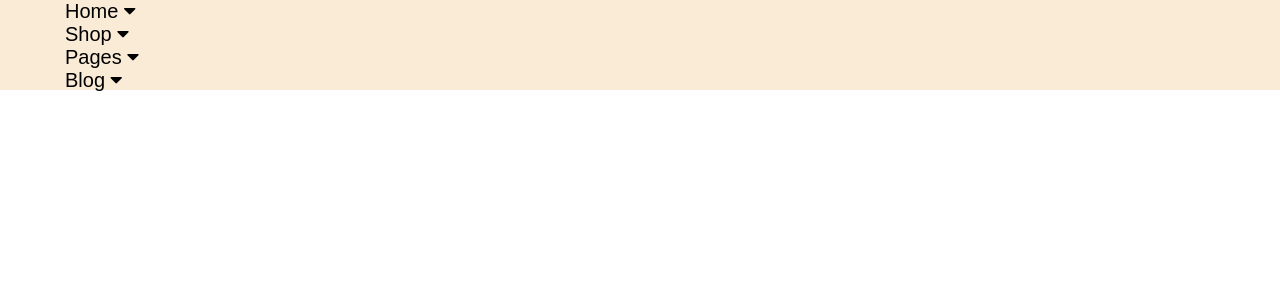
Repository: MorgunovaAlexandra/beauti
Page: index.html
The author's editor kept a copy of each file at every save. The page is drawn from the files as they stood at one save, then again after the next save.
The browser window is 1280 px wide. The pictures show the whole page.

Above is the page before, as saved 2022-08-24 13:39:33.

### index.html
<!DOCTYPE html>
<html lang="en">
<head>
    <meta charset="UTF-8">
    <meta http-equiv="X-UA-Compatible" content="IE=edge">
    <meta name="viewport" content="width=device-width, initial-scale=1.0">
    <link rel="stylesheet" href="./style.css">
    <link rel="stylesheet" href="https://cdnjs.cloudflare.com/ajax/libs/font-awesome/4.7.0/css/font-awesome.min.css">
    <title>Document</title>
</head>
<body>
    <div class="wrapper">
        <header class="header">
            <div class="header-container _container">
            <nav class="dws-menu">
                <!-- <ul class="menu-list">
                    <li><a href="#"><i class="fa fa-"></i>Home</a></li>
                    <li><a href="#"><i class="fa fa-"></i>Shop</a></li>
                    <li><a href="#"><i class="fa fa-"></i>Pages</a></li>
                    <li><a href="#"><i class="fa fa-"></i>Blog</a></li>
                    <li><a href="#"><i class="fa fa-"></i>Look Book</a></li>
                </ul> -->
                <div class="dropdown">
                    <button class="dropbtn">Home
                      <i class="fa fa-caret-down faa"></i>
                    </button>
                    <div class="dropdown-content">
                      <a href="#">Link 1</a>
                      <a href="#">Link 2</a>
                      <a href="#">Link 3</a>
                    </div>
                  </div>
                  <div class="dropdown">
                    <button class="dropbtn">Shop
                      <i class="fa fa-caret-down faa"></i>
                    </button>
                    <div class="dropdown-content">
                      <a href="#">Link 1</a>
                      <a href="#">Link 2</a>
                      <a href="#">Link 3</a>
                    </div>
                  </div>
                  <div class="dropdown">
                    <button class="dropbtn">Pages
                      <i class="fa fa-caret-down faa"></i>
                    </button>
                    <div class="dropdown-content">
                      <a href="#">Link 1</a>
                      <a href="#">Link 2</a>
                      <a href="#">Link 3</a>
                    </div>
                  </div>
                  <div class="dropdown">
                    <button class="dropbtn">Blog
                      <i class="fa fa-caret-down faa"></i>
                    </button>
                    <div class="dropdown-content">
                      <a href="#">Link 1</a>
                      <a href="#">Link 2</a>
                      <a href="#">Link 3</a>
                    </div>
                  </div>
            </nav>
            </div>
        </header>
    </div>
</body>
</html>

### style.css
* {
	margin: 0;
	padding: 0;
	border: 0;
	box-sizing: border-box;
}
:before,:after{
	padding: 0;
	margin: 0;
	border: 0;
	box-sizing: border-box;
}
html,body{
	height: 100%;
    font-family: 'SofiaProRegular';
	font-size: 18px;
	font-weight: 400;
}

.wrapper{
	width: 100%;
	overflow: hidden;

}
._container{
	max-width: 1170px;
	margin: 0px auto;
	padding: 0px 10px;
}
._container{
	max-width: 1170px;
	margin: 0px auto;
	padding: 0px 10px;
}
/*--------------------------*/
.header {
	font-family: 'TTCommons-Medium';
	position: absolute;/*---------изменено-----------------*/
	width: 100%;
	top: 0;
	left: 0;
	z-index: 50;
	font-size: 17px;
    height: 90px;
    background-color: antiquewhite;

}
.menu-list{
    display: flex;
    justify-content: center;
    align-items: center;
    height: 90px;

}

a{
   position: relative;
    text-decoration: none;
    color:rgb(37, 37, 37);
    margin-left: 40px;
}
/* a::after{
    position: absolute;
    bottom: -5px;
    content: "";
    display: block;
    height: 2px;
    width: 100%;
    right: 0;
    animation: move .8s ease-in;
}
@keyframes move {
    from {

      width: 100%;
    }
    to {
     width: 1%;
    }
  }
a:hover::after{

    background-color: aquamarine;
} */
.faa:hover{
    animation: move .3s ease-in;
    transform: rotate(180deg) scaleX(-1);
}
@keyframes move {
    from {
        transform: rotate(0deg) scaleX(-1);

    }
    50% {transform: rotate(90deg) scaleX(-1);}
    to {
        transform: rotate(180deg) scaleX(-1);
    }
  }
.dropbtn{
    font-size: 20px;
    background-color: rgb(156, 153, 153,0) ;
}
.dropdown-content{
    display: none;
    position: absolute;
    background-color: #f9f9f9;
    min-width: 160px;
    z-index: 1;
}
.dropdown-content a {
    float: none;
    color: rgb(156, 153, 153);
    padding: 12px 16px;
    text-decoration: none;
    display: block;
    text-align: left;
}
.dropdown-content a:hover {
    color: rgb(67, 66, 66);
}

.dropdown:hover .dropdown-content {
    display: block;
}

After the next save:
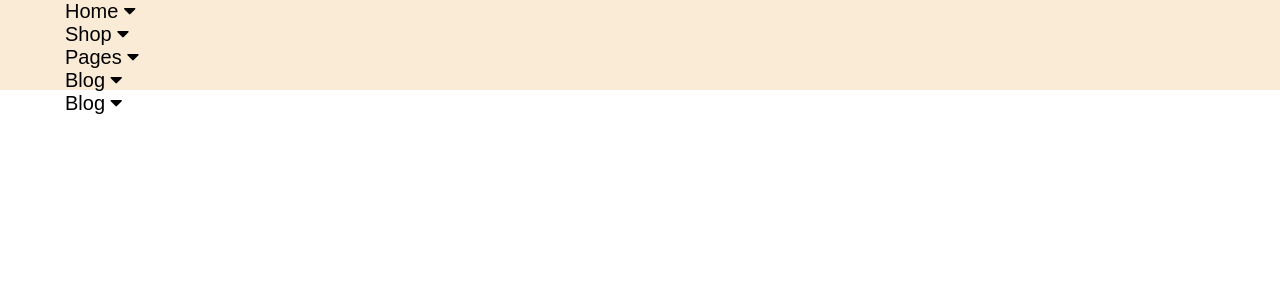
Saved 13 s later.
--- a/index.html
+++ b/index.html
@@ -60,6 +60,16 @@
                       <a href="#">Link 3</a>
                     </div>
                   </div>
+                  <div class="dropdown">
+                    <button class="dropbtn">Blog
+                      <i class="fa fa-caret-down faa"></i>
+                    </button>
+                    <div class="dropdown-content">
+                      <a href="#">Link 1</a>
+                      <a href="#">Link 2</a>
+                      <a href="#">Link 3</a>
+                    </div>
+                  </div>
             </nav>
             </div>
         </header>
